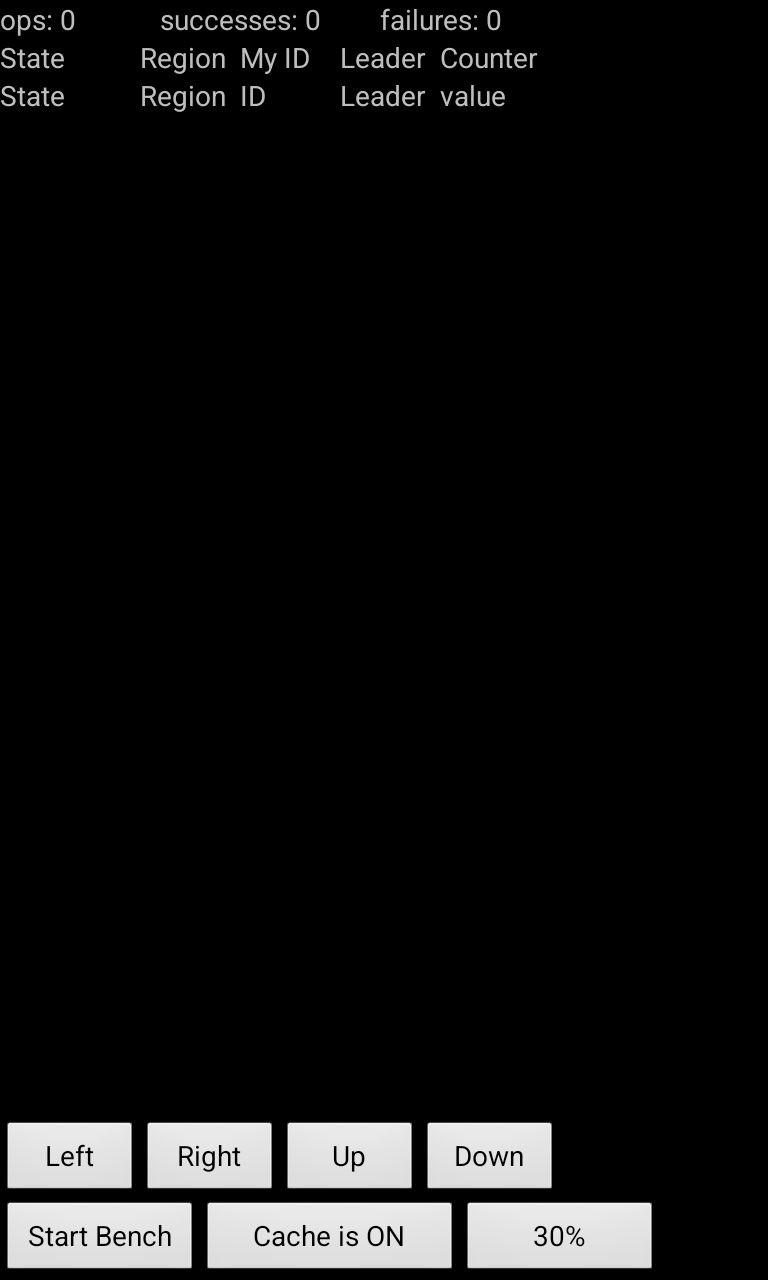
Repository: jasongao/csmcode
Layout: current/workspace/VNConsistent/res/layout/main.xml
The author's editor kept a copy of each file at every save. The layout is drawn from the files as they stood at one save, then again after the next save.
It is drawn on a 768 x 1280 px phone screen (xhdpi) without system bars, with theme android:Theme; the app's code is not run. Lists and similar views that code fills are empty.

Above is the layout before, as saved 2011-07-17 15:34:56.

After the next save:
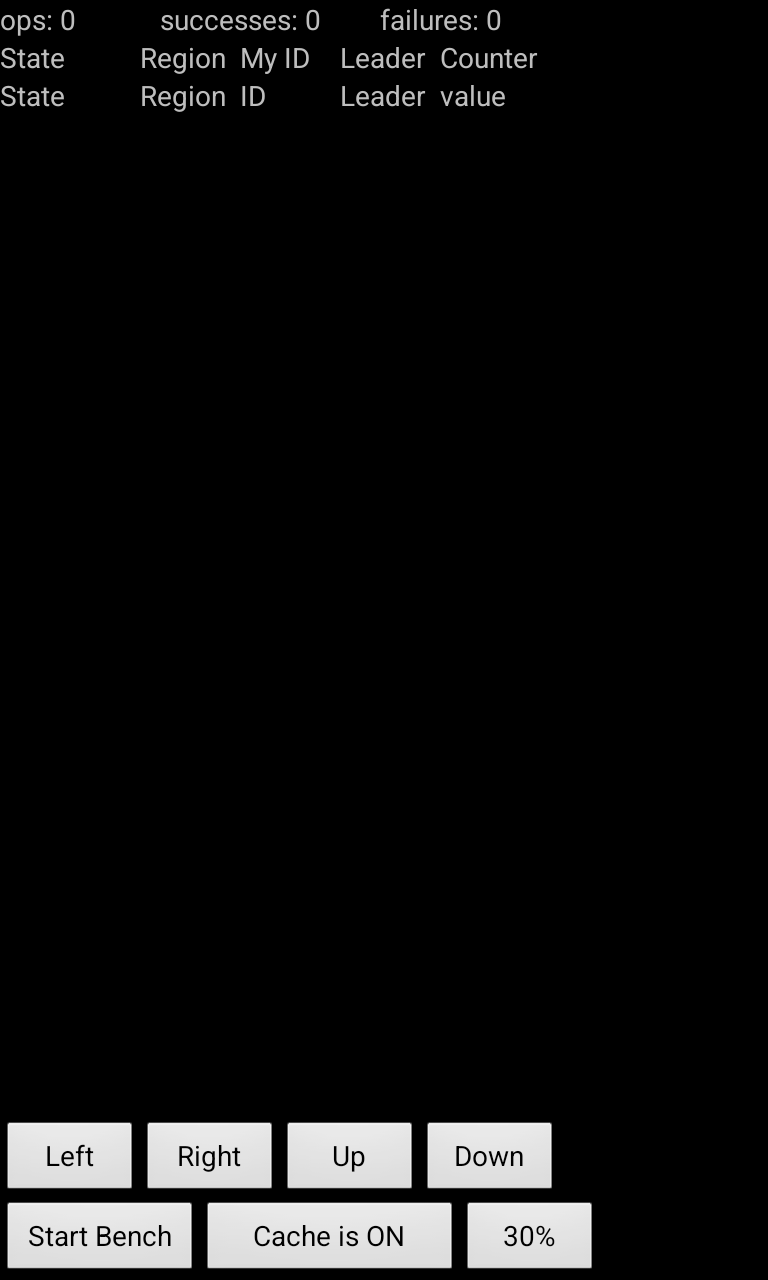
Saved 23 s later.
--- a/current/workspace/VNConsistent/res/layout/main.xml
+++ b/current/workspace/VNConsistent/res/layout/main.xml
@@ -64,7 +64,7 @@
 		<Button android:text="Start Bench" android:layout_width="100dip" android:id="@+id/switchbench_button" android:layout_height="40dip"></Button>
 		<Button android:layout_width="130dip" android:text="Cache is ON"
 			android:id="@+id/cache_button" android:layout_height="40dip"></Button>
-		<Button android:text="30%" android:layout_width="100dip" android:id="@+id/distribution_button" android:layout_height="40dip"></Button>
+		<Button android:text="30%" android:id="@+id/distribution_button" android:layout_height="40dip" android:layout_width="70dip"></Button>
 	</LinearLayout>
 
 </LinearLayout>
